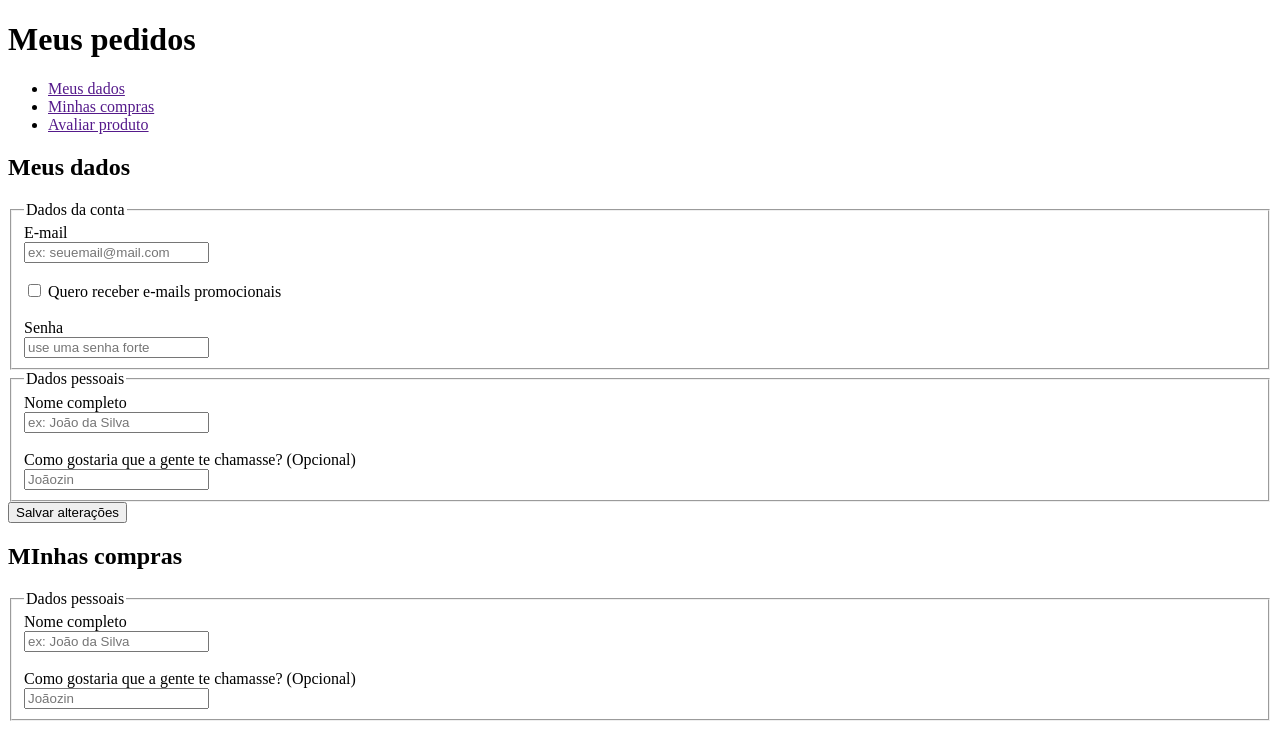
Repository: claudemir-camargo/site-compras
Page: index.html
An editor plug-in stored every save of this project. The page is shown before and after the next save, followed by the edit.
The browser window is 1280 px wide. The pictures show the whole page.

Above is the page before, as saved 2024-03-03 13:58:09.

After the next save:
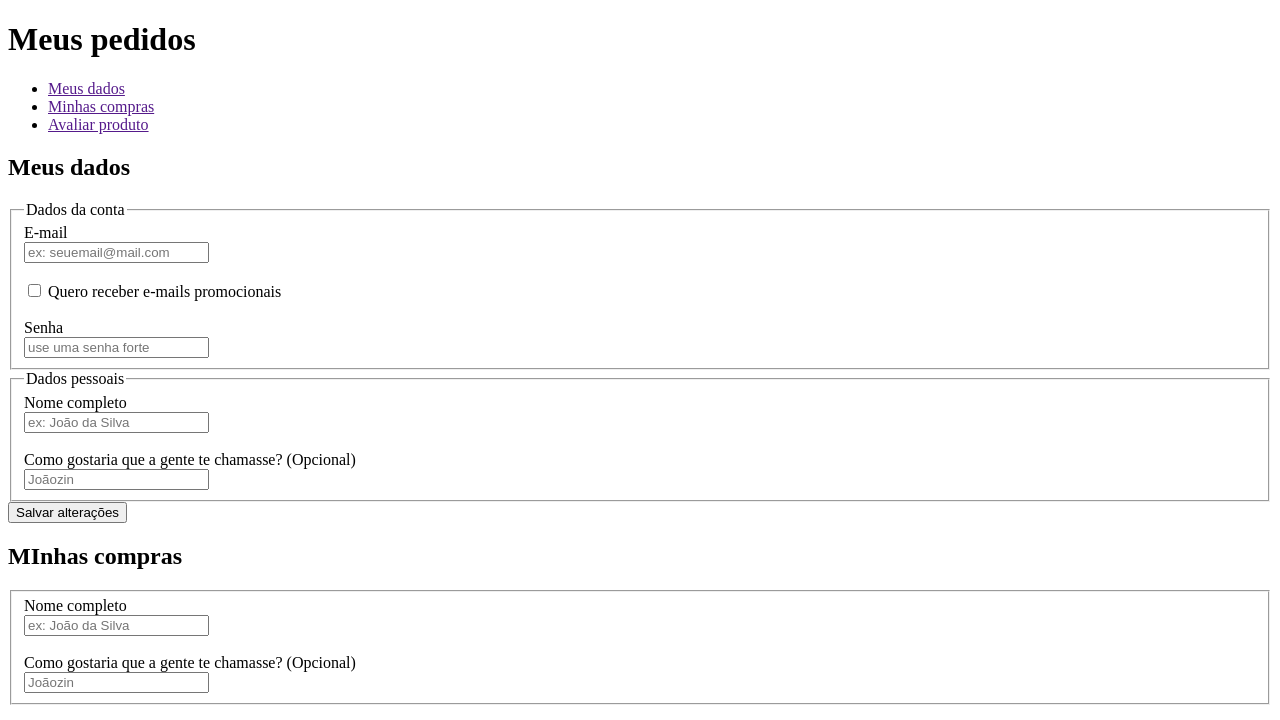
Saved 12 s later.
--- a/index.html
+++ b/index.html
@@ -39,7 +39,6 @@
     <!-- MInhas compras -->
     <h2>MInhas compras</h2>
     <fieldset>
-        <legend>Dados pessoais</legend>
         <form>
             <label>Nome completo</label><br>
             <input type="text" placeholder="ex: João da Silva"><br><br>
